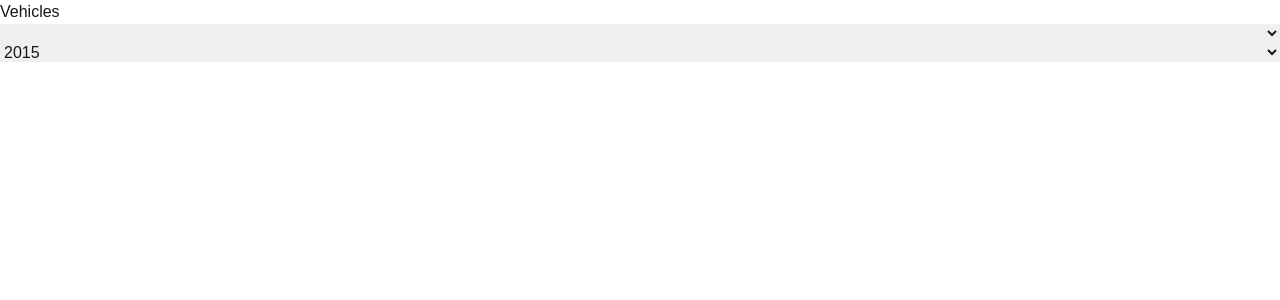
Repository: purpleFade/car-dealer-app
Page: /
These files come from the project's save history. The page is drawn as it stood at one moment and after the next save; the edit follows.
The browser window is 1280 px wide. The pictures show the whole page.
The page's requests for data from a server got no answer. The project was rebuilt for these pictures with package versions that can differ from the ones it lists, and the page was loaded fresh each time. The framework's server and built-in components were replaced by stand-ins that run in the browser. No one was signed in, and anything a server would have sent is missing. Also part of the build but not shown: next.config.ts.

Above is the page before, as saved 2024-12-21 10:44:24.

### src/app/page.tsx
'use client';

import { Vehicle } from '@/types/vehicle';
import { useEffect, useState } from 'react';

const years = Array.from({ length: 2024 - 2015 + 1 }, (_, i) => 2015 + i);

const fetchVehicles = async (): Promise<Vehicle[]> => {
  const response = await fetch(
    'https://vpic.nhtsa.dot.gov/api/vehicles/GetMakesForVehicleType/car?format=json',
  );
  const data = await response.json();

  return data.Results;
};

export default function Home() {
  const [vehicles, setVehicles] = useState<Vehicle[]>([]);

  useEffect(() => {
    fetchVehicles().then((vehicles) => setVehicles(vehicles));
  });

  return (
    <div className=''>
      <h1 className=''>Vehicles</h1>
      <select className="block w-full">
        {vehicles.map((vehicle) => (
          <option key={vehicle.MakeId} value={vehicle.MakeId} className="text-purple-800">
            {vehicle.MakeName}
          </option>
        ))}
      </select>

      <select className="block w-full">
        {years.map((year) => (
          <option key={year} value={year} className="text-purple-800">
            {year}
          </option>
        ))}
      </select>
    </div>
  );
}

Loaded but not shown: src/app/layout.tsx (common file); src/app/globals.css (common file); tailwind.config.ts (common file)

After the next save:
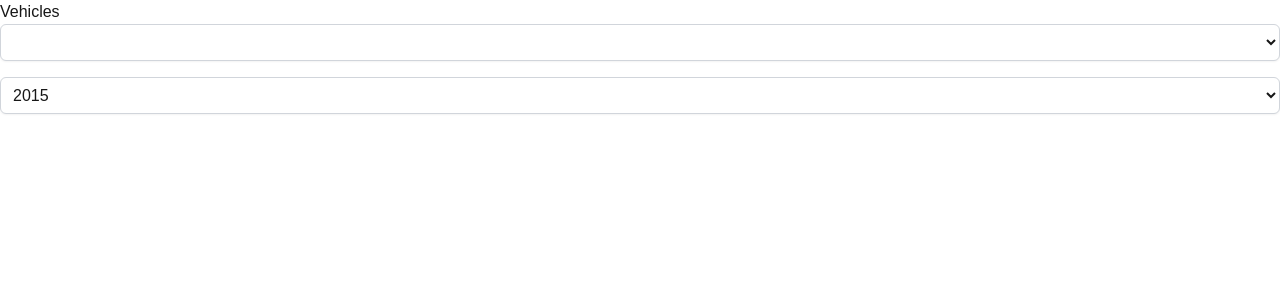
Saved 4 s later.
--- a/src/app/page.tsx
+++ b/src/app/page.tsx
@@ -24,7 +24,7 @@ export default function Home() {
   return (
     <div className=''>
       <h1 className=''>Vehicles</h1>
-      <select className="block w-full">
+      <select className="block w-full p-2 mb-4 bg-white border border-gray-300 rounded-md shadow-sm focus:outline-none focus:ring focus:ring-purple-500 focus:border-purple-500">
         {vehicles.map((vehicle) => (
           <option key={vehicle.MakeId} value={vehicle.MakeId} className="text-purple-800">
             {vehicle.MakeName}
@@ -32,7 +32,7 @@ export default function Home() {
         ))}
       </select>
 
-      <select className="block w-full">
+      <select className="block w-full p-2 mb-4 bg-white border border-gray-300 rounded-md shadow-sm focus:outline-none focus:ring focus:ring-purple-500 focus:border-purple-500">
         {years.map((year) => (
           <option key={year} value={year} className="text-purple-800">
             {year}
